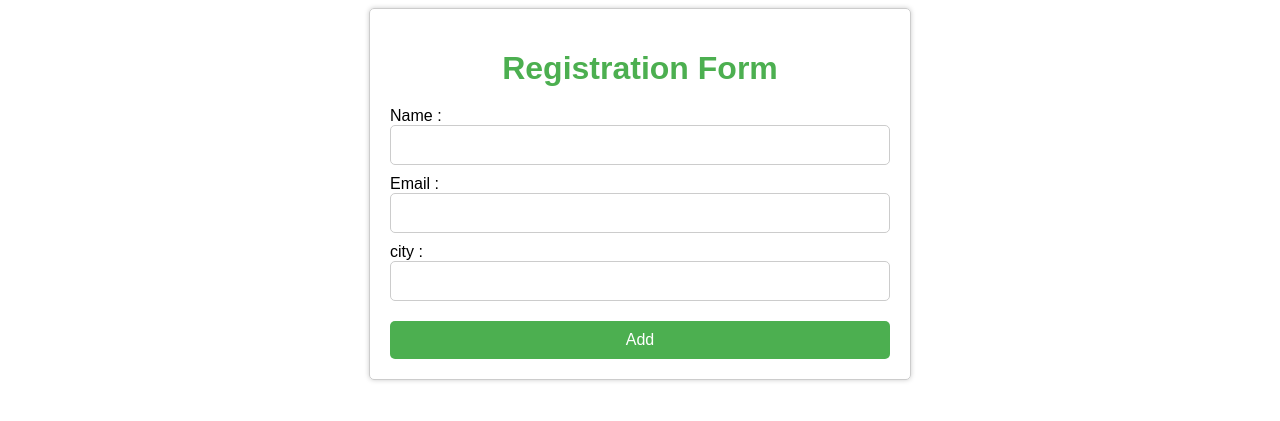
Repository: UnmeshNarayanKadam/JAVA-SPRING-HIBERNATE-PROGRAM
Page: http://localhost/spring-webapp/addProduct.jsp
These files come from the project's save history. The page is drawn as it stood at one moment and after the next save; the edit follows.
The browser window is 1280 px wide. The pictures show the whole page.
The page is served by Tomcat 9. Other server files are loaded and not shown.

Above is the page before, as saved 2023-02-27 06:58:40.

### spring-webapp/src/main/webapp/addProduct.jsp
<%@ page language="java" contentType="text/html; charset=ISO-8859-1"
	pageEncoding="ISO-8859-1"%>
<!DOCTYPE html>
<html>
<head>
<meta charset="ISO-8859-1">
<title>Insert title here</title>
<style>
.mainDiv {
	width: 500px;
	margin: 0 auto;
	padding: 20px;
	border: 1px solid #ccc;
	border-radius: 5px;
	box-shadow: 0 0 5px #ccc;
	font-family: Arial, sans-serif;
}

h1 {
	font-family: Arial, sans-serif;
	font-size: 32px;
	color: #4CAF50;
	text-align: center;
	margin-bottom: 20px;
}

input {
	padding: 10px;
	border: 1px solid #ccc;
	border-radius: 5px;
	margin-bottom: 10px;
	width: 100%;
	box-sizing: border-box;
	font-size: 16px;
	font-family: Arial, sans-serif;
}

button[type="submit"] {
	background-color: #4CAF50;
	color: white;
	padding: 10px;
	border: none;
	border-radius: 5px;
	cursor: pointer;
	font-size: 16px;
	font-family: Arial, sans-serif;
	margin-top: 10px;
	width: 100%;
	box-sizing: border-box;
}

button[type="submit"]:hover {
	background-color: #3e8e41;
}
</style>
</head>
<body>
	<div class="mainDiv">
		<h1>Registration Form</h1>
		<form action="add-customer">
			Name : <input name="name" /><br> Email : <input name="email" /><br>
			city : <input name="city" />
			<button type="submit">Add</button>
		</form>
	</div>

</body>
</html>

After the next save:
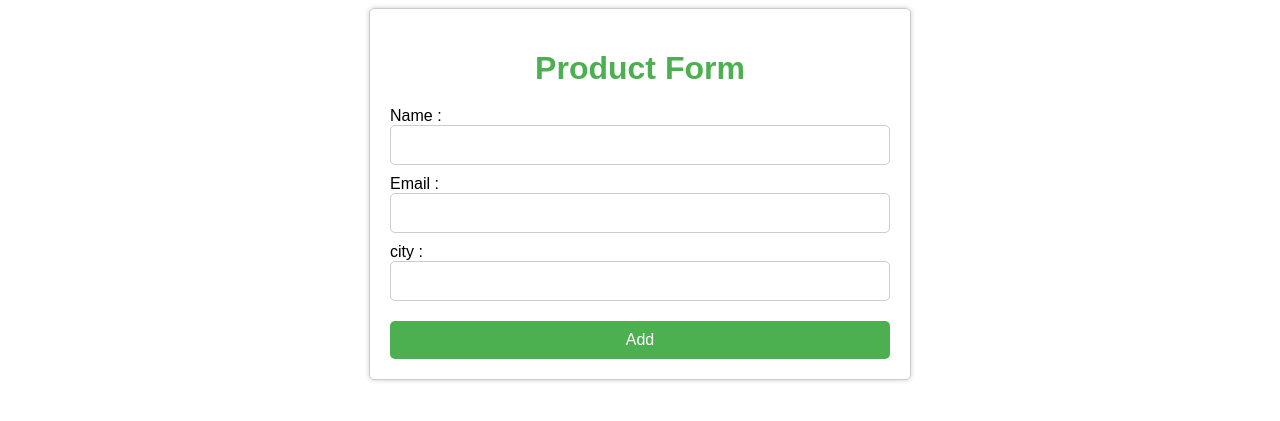
Saved 7 s later.
--- a/spring-webapp/src/main/webapp/addProduct.jsp
+++ b/spring-webapp/src/main/webapp/addProduct.jsp
@@ -56,7 +56,7 @@ button[type="submit"]:hover {
 </head>
 <body>
 	<div class="mainDiv">
-		<h1>Registration Form</h1>
+		<h1>Product Form</h1>
 		<form action="add-customer">
 			Name : <input name="name" /><br> Email : <input name="email" /><br>
 			city : <input name="city" />
